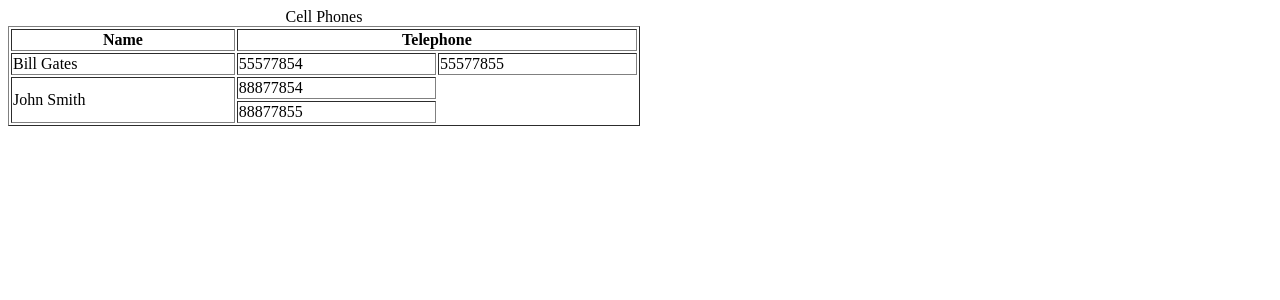
Repository: SanghunOh/learn_publising
Page: HtmlCss/WebContent/HtmlElements/table_rowcolspan.html
An editor plug-in stored every save of this project. The page is shown before and after the next save, followed by the edit.
The browser window is 1280 px wide. The pictures show the whole page.

Above is the page before, as saved 2018-05-05 07:20:55.

After the next save:
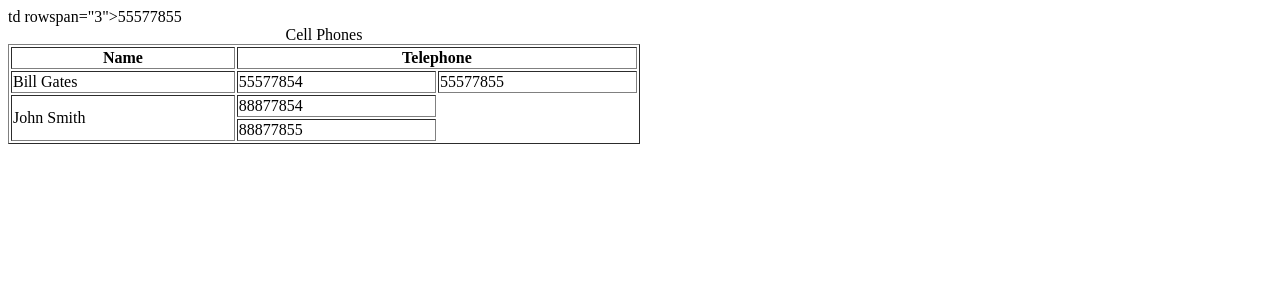
Saved 6 min 0 s later.
--- a/HtmlCss/WebContent/HtmlElements/table_rowcolspan.html
+++ b/HtmlCss/WebContent/HtmlElements/table_rowcolspan.html
@@ -13,6 +13,7 @@
 			<td>Bill Gates</td>
 			<td>55577854</td>
 			<td>55577855</td>
+			<!--  -->td rowspan="3">55577855</td-->
 		</tr>
 		<tr>
 			<td rowspan="2">John Smith</td>

After the save that followed:
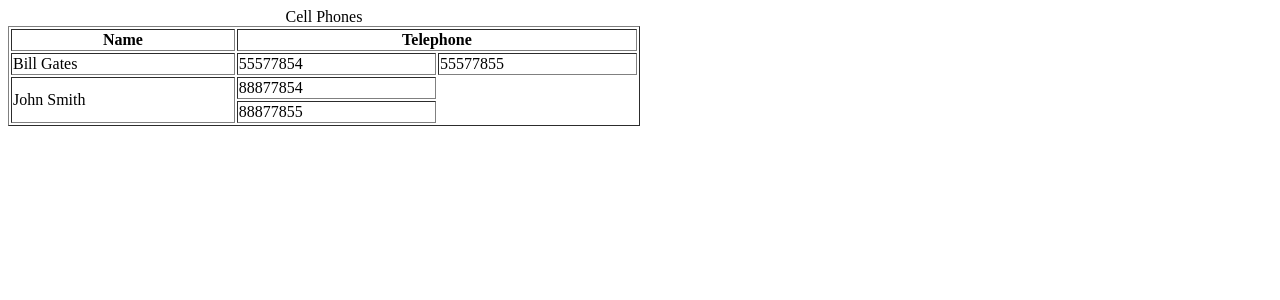
Saved 3 s later.
--- a/HtmlCss/WebContent/HtmlElements/table_rowcolspan.html
+++ b/HtmlCss/WebContent/HtmlElements/table_rowcolspan.html
@@ -13,7 +13,7 @@
 			<td>Bill Gates</td>
 			<td>55577854</td>
 			<td>55577855</td>
-			<!--  -->td rowspan="3">55577855</td-->
+			<!-- td rowspan="3">55577855</td-->
 		</tr>
 		<tr>
 			<td rowspan="2">John Smith</td>
